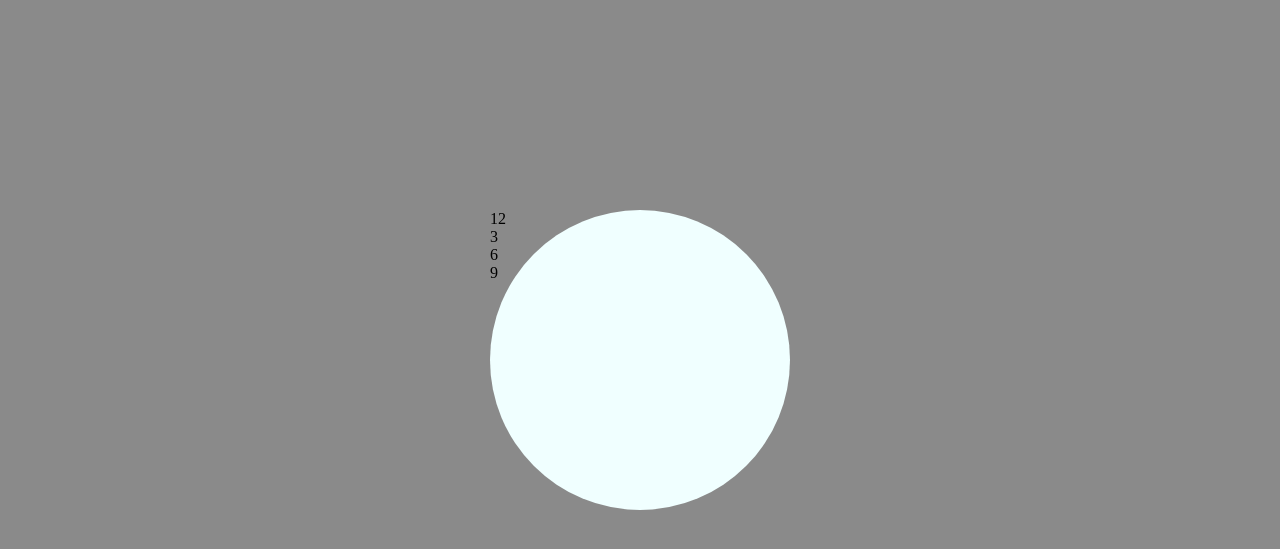
Repository: ChenWarren/web-clock
Page: index.html
These files come from the project's save history. The page is drawn as it stood at one moment and after a run of saves; the edit follows.
The browser window is 1280 px wide. The pictures show the whole page.

Above is the page before, as saved 2021-03-18 20:45:29.

After the next 3 saves:
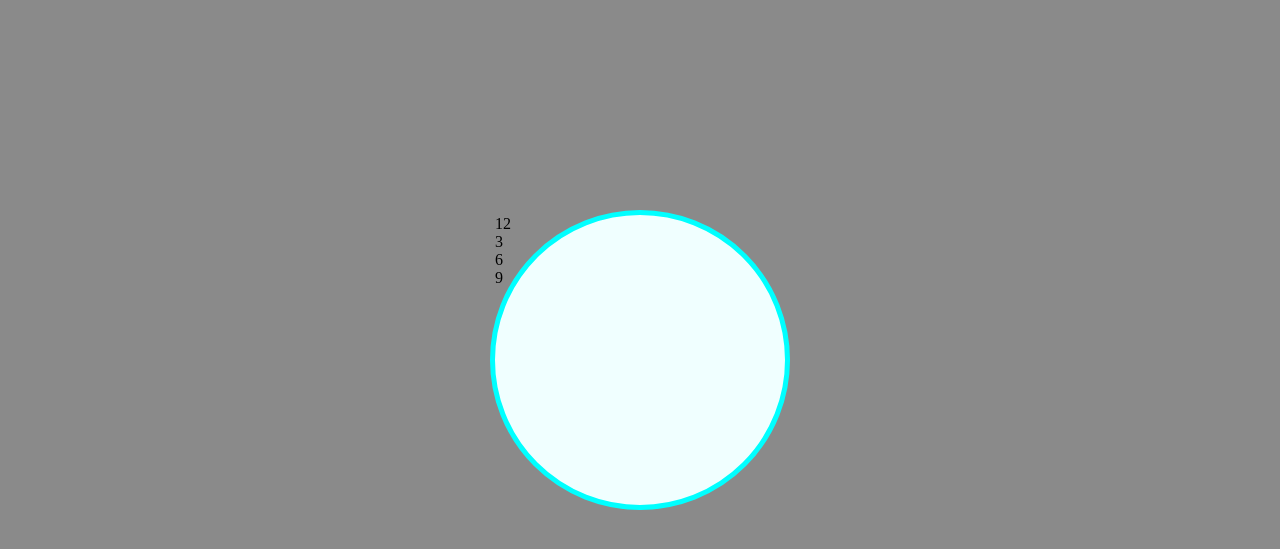
The 3 saves are shown as one change because they came seconds apart.
The last was saved 12 s later.
--- a/main.css
+++ b/main.css
@@ -19,5 +19,5 @@ body {
     height: 300px;
     background-color: azure;
     border-radius: 50%;
-    border: ;
+    border: cyan solid 5px;
 }
